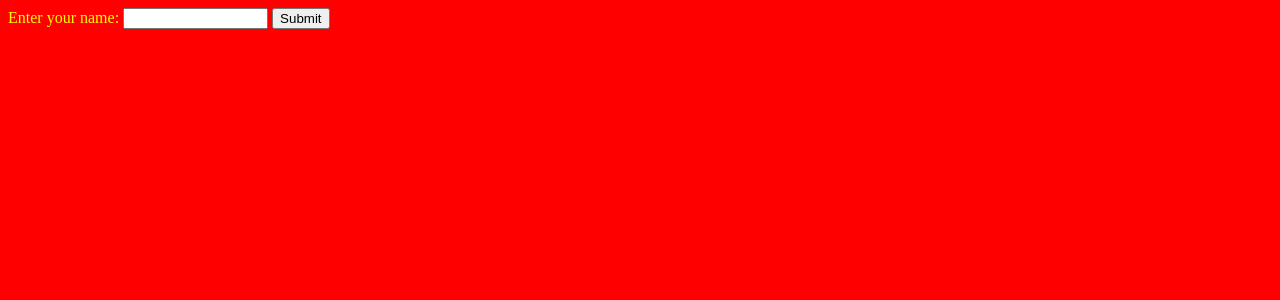
Repository: neerajagrrawal/Day8
Page: HelloWorld/WebContent/home.html
The author's editor kept a copy of each file at every save. The page is drawn from the files as they stood at one save, then again after the next save.
The browser window is 1280 px wide. The pictures show the whole page.

Above is the page before, as saved 2018-09-05 09:29:31.

After the next save:
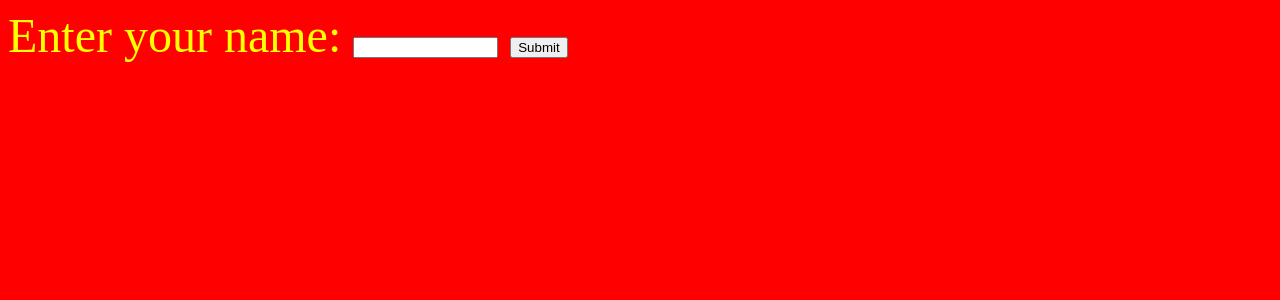
Saved 20 s later.
--- a/HelloWorld/WebContent/home.html
+++ b/HelloWorld/WebContent/home.html
@@ -5,7 +5,7 @@
 <title>Insert title here</title>
 </head>
 <body bgcolor="red">
-<font color="yellow">
+<font color="yellow" size="15">
 <form action="greet" method="post">
 <label>Enter your name:</label>
 <input type="text" name="username" size=15>
